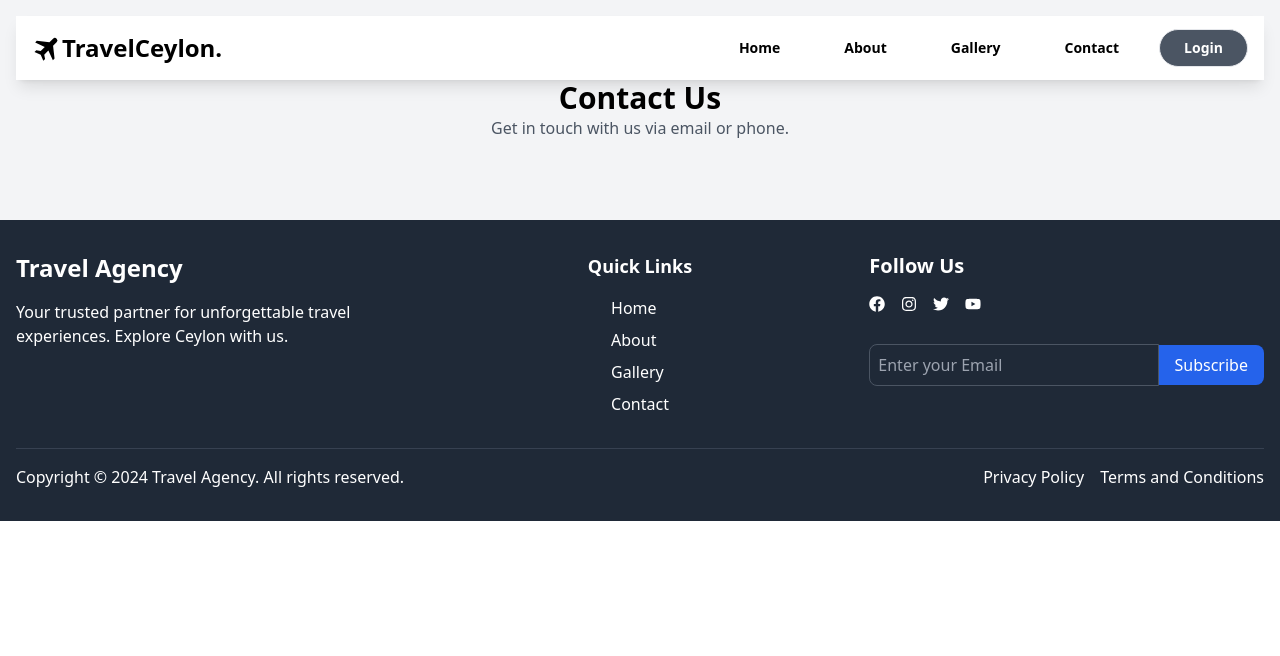
Repository: thisara199/Travel-Agency-Website
Page: /contact
These files come from the project's save history. The page is drawn as it stood at one moment and after the next save; the edit follows.
The browser window is 1280 px wide. The pictures show the whole page.
The project was rebuilt for these pictures with package versions that can differ from the ones it lists, and the page was loaded fresh each time. Also part of the build but not shown: vite.config.js, src/components/HeroSection/HeroSection.jsx, src/components/FeaturedDestination/FeaturedDestination.jsx, src/components/Testimonials/Testimonials.jsx, src/components/Banner/Banner.jsx, src/pages/Home.jsx, src/components/TeamMembers/TeamMembers.jsx, src/pages/About.jsx.

Above is the page before, as saved 2024-09-04 19:40:51.

After the next save:
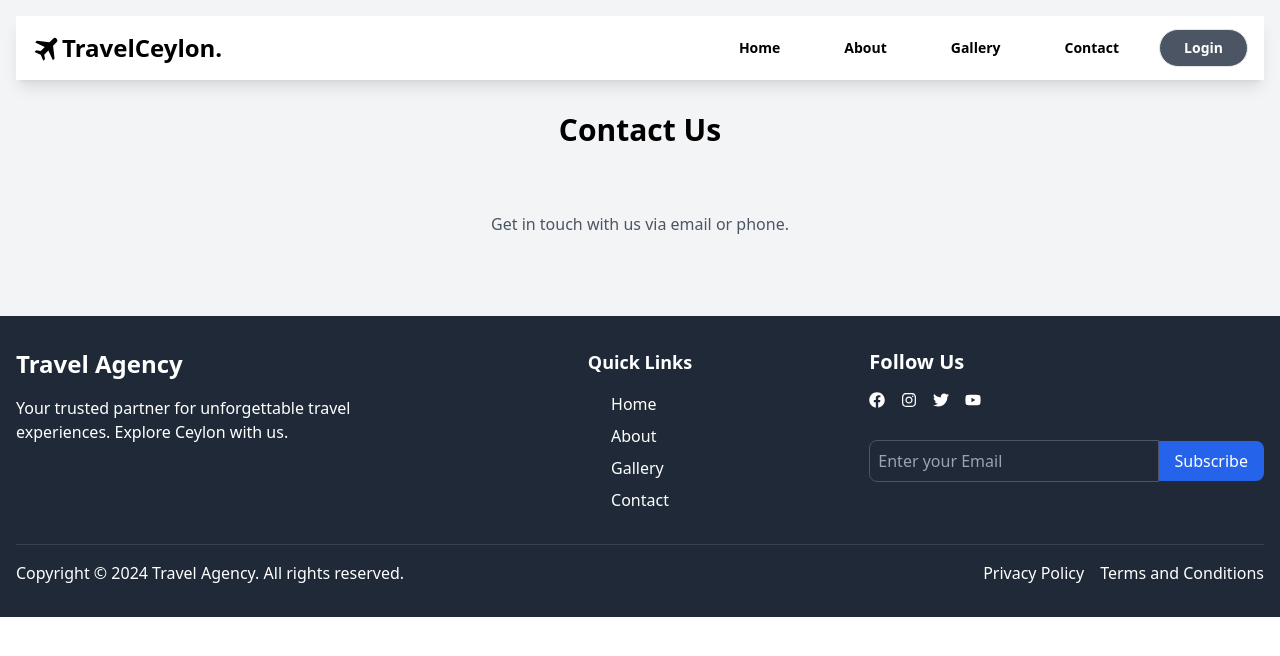
Saved 12 s later.
--- a/src/pages/Contact.jsx
+++ b/src/pages/Contact.jsx
@@ -4,7 +4,7 @@ const Contact = () => {
   return (
     <div className="py-12 bg-gray-100">
         <div className="container px-4 mx-auto">
-            <h2 className="mt-8 text-3xl font-bold text-center">Contact Us</h2>
+            <h2 className="my-16 text-3xl font-bold text-center">Contact Us</h2>
             <p className="mb-8 text-center text-gray-600">Get in touch with us via email or phone.</p>
         </div>
     </div>
